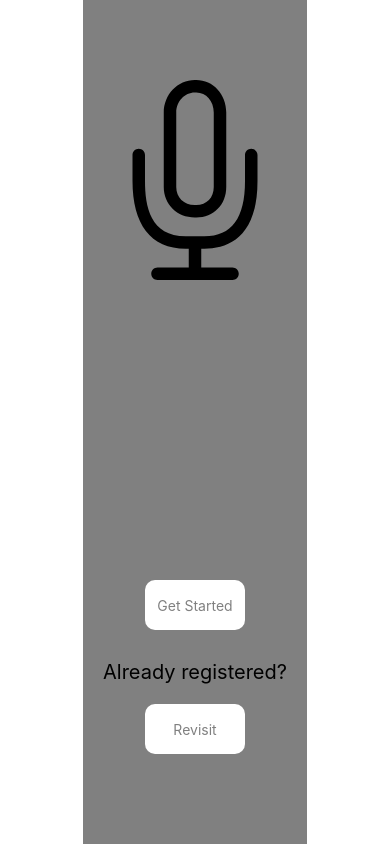
Repository: mortiestmorty1/recordings-app
Screen: / (app in frontend/)
The author's editor kept a copy of each file at every save. The screen is drawn from the files as they stood at one save, then again after the next save.
The app was drawn by React Native's web renderer in a window 390 px wide. The project was rebuilt for these pictures with package versions that can differ from the ones it lists, and the page was loaded fresh each time. Also part of the build but not shown: frontend/components/registerUser.js.

Above is the screen before, as saved 2024-03-07 22:50:09.

### frontend/App.js
import { StatusBar } from 'expo-status-bar';
import { StyleSheet, View } from 'react-native';
import RegisterUser from './components/registerUser.js';
import React from 'react';
import FirstScreen from './components/firstscreen.js';

export default function App() {
  const handleRegistrationSuccess = (userData) => {
    console.log('User registered:', userData);
  };

  return (
    <View style={styles.container}>
      <FirstScreen />
      {/* <RegisterUser onSubmit={handleRegistrationSuccess} /> */}
      <StatusBar style="auto" />
    </View>
  );
}

const styles = StyleSheet.create({
  container: {
    flex: 1,
    backgroundColor: '#fff',
    alignItems: 'center',
    justifyContent: 'center',
  },
});

### frontend/components/firstscreen.js
import React from 'react';
import { View, Text, StyleSheet, TouchableOpacity } from 'react-native';
import { Svg, Path } from 'react-native-svg';

const FirstScreen = () => {
  return (
    <View style={styles.container}>
      <Svg style={styles.logo} fill="#000000" width="200" height="200" viewBox="0 0 1024 1024">
        <Path d="M510.88 704h7.6C607.44 704 672 638.4 672 548.032V166.624C672 73.184 604.56 0 518.466 0h-7.584C423.264 0 352 74.752 352 166.624v381.408C352 636.944 420.304 704 510.88 704zM416 166.624C416 110.032 458.56 64 510.88 64h7.6C569.504 64 608 108.128 608 166.624v381.408C608 603.024 572.032 640 518.464 640h-7.584c-55.872 0-94.88-37.808-94.88-91.968zM800 352c-17.68 0-32 14.336-32 32v133.072c0 190.4-67.968 282.929-207.744 282.929H465.12c-182.8 0-209.12-153.84-209.12-282.928V384.001c0-17.664-14.336-32-32-32s-32 14.336-32 32v133.072c0 220.496 91.888 346.928 273.12 346.928H480v96H320c-17.664 0-32 14.336-32 32s14.336 32 32 32h384c17.664 0 32-14.336 32-32s-14.336-32-32-32H544v-96h16.256C684.224 864.001 832 803.809 832 517.072V384c0-17.664-14.32-32-32-32z" />
      </Svg>
      <View style={styles.content}>
        <TouchableOpacity style={styles.btn1} onPress={() => console.log("Get Started pressed")}>
          <Text style={styles.btnText}>Get Started</Text>
        </TouchableOpacity>
        <Text style={styles.text}>Already registered?</Text>
        <TouchableOpacity style={styles.btn1} onPress={() => console.log("Revisit pressed")}>
          <Text style={styles.btnText}>Revisit</Text>
        </TouchableOpacity>
      </View>
    </View>
  );
};

const styles = StyleSheet.create({
  container: {
    flex: 1,
    justifyContent: 'center',
    alignItems: 'center',
    backgroundColor: 'grey',
  },
  logo: {
    width: 200,
    height: 200,
    marginBottom: 50, // Changed from bottom to marginBottom for better layout control
  },
  text: {
    fontSize: 20,
    margin: 20,
  },
  content: {
    justifyContent: 'center',
    alignItems: 'center',
    marginTop: 250, // Changed from top to marginTop for better layout control
  },
  btn1: {
    width: 100,
    height: 50,
    backgroundColor: 'white',
    borderRadius: 10,
    justifyContent: 'center',
    alignItems: 'center',
    marginBottom: 10, // Add space between buttons
  },
  btnText: {
    color: 'grey', // Style for the text inside TouchableOpacity
  },
});

export default FirstScreen;

After the next save:
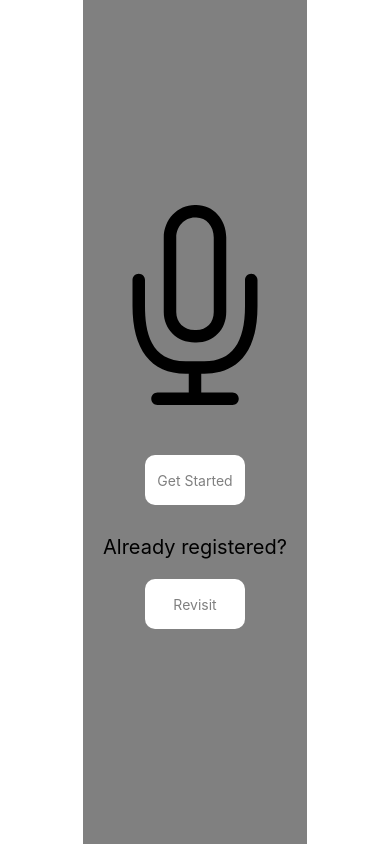
Saved 26 s later.
--- a/frontend/components/firstscreen.js
+++ b/frontend/components/firstscreen.js
@@ -40,7 +40,7 @@ const styles = StyleSheet.create({
   content: {
     justifyContent: 'center',
     alignItems: 'center',
-    marginTop: 250, // Changed from top to marginTop for better layout control
+    Top: 250, // Changed from top to marginTop for better layout control
   },
   btn1: {
     width: 100,
